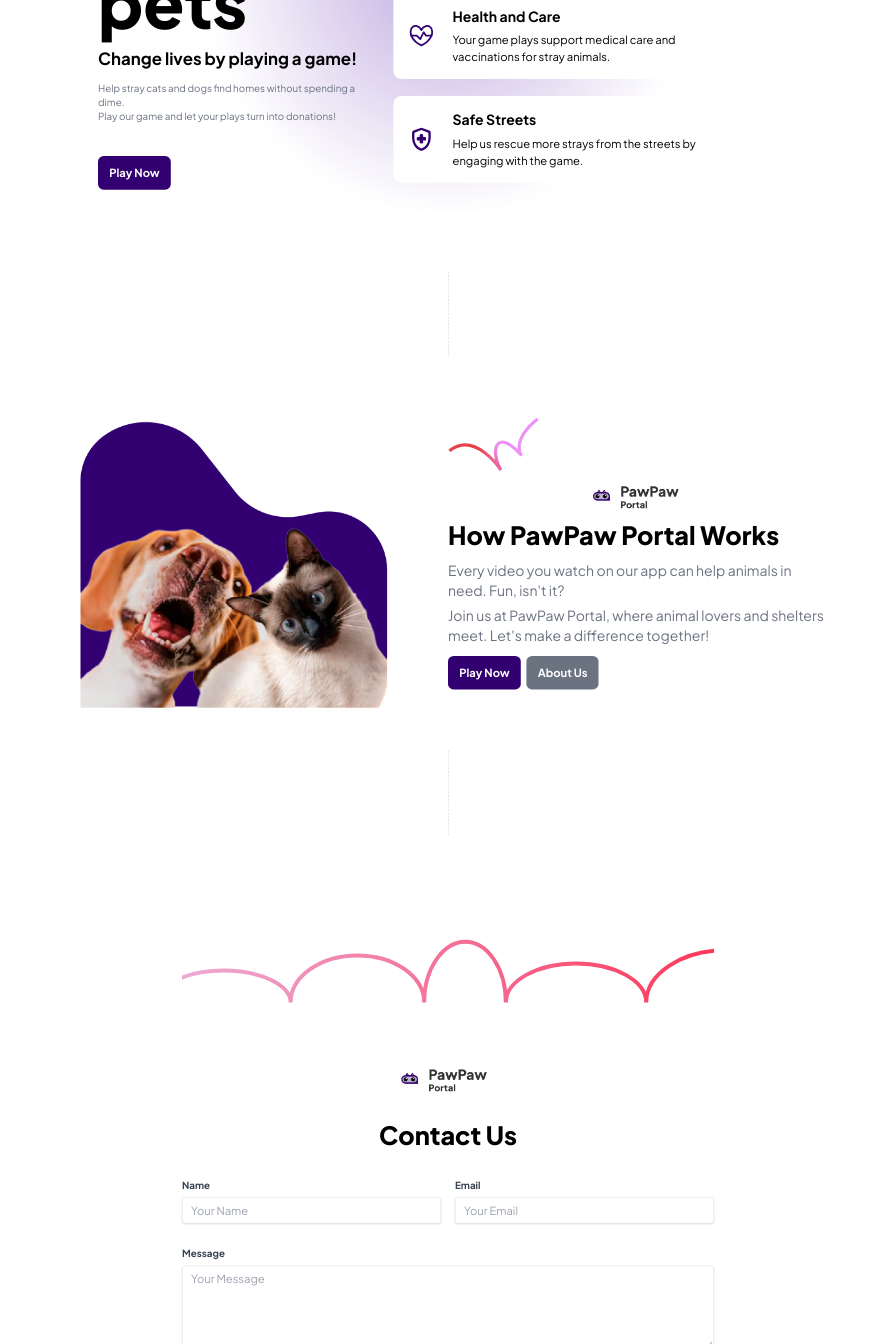
Repository: paskasiregar/pawpawwebsite
Page: /
The author's editor kept a copy of each file at every save. The page is drawn from the files as they stood at one save, then again after the next save.
The browser window is 1280 px wide. The pictures show the part of the page from y = 550 to 2470 px (the page is 3234 px tall), at 70% of full size.
The project was rebuilt for these pictures with package versions that can differ from the ones it lists, and the page was loaded fresh each time. The framework's server and built-in components were replaced by stand-ins that run in the browser. Also part of the build but not shown: next.config.js, next.config.mjs.

Above is the page before, as saved 2024-07-31 14:15:35.

### src/app/layout.js
import { Inter } from "next/font/google";
import "./globals.css";

const inter = Inter({ subsets: ["latin"] });

export const metadata = {
  title: "PawPaw Portal | Your One-Stop Shelter",
  description: "Your One-Stop Shelter",
};

export default function RootLayout({ children }) {
  return (
    <html lang="en">
      <body className={inter.className}>{children}</body>
    </html>
  );
}

### src/app/globals.css
@import url("https://fonts.googleapis.com/css2?family=Plus+Jakarta+Sans:wght@400;600;700;800&display=swap");

@tailwind base;
@tailwind components;
@tailwind utilities;

body {
  font-family: "Plus Jakarta Sans", sans-serif;
}

.hero-bg {
  display: flex;
  background: radial-gradient(
    circle,
    rgb(204, 188, 230) 10%,
    rgb(255, 255, 255) 50%
  );
}

.cta-container {
  display: flex;
  justify-content: center;
  align-items: center;
  position: relative;
  background: radial-gradient(circle, rgb(14, 4, 4) 0%, rgb(14, 1, 51) 100%);
  padding: 20px;
  gap: 20px;
  min-height: 200px;
}

.cta-button {
  display: inline-block;
  padding: 20px 40px;
  font-size: 24px;
  font-weight: bold;
  color: white;
  background: black;
  border-radius: 40px;
  position: relative;
  z-index: 1;
  overflow: hidden;
  transition: all 0.3s ease;
  text-align: center;
}

.cta-button::before {
  content: "";
  position: absolute;
  top: -2px;
  left: -2px;
  right: -2px;
  bottom: -2px;
  background: linear-gradient(
    90deg,
    rgb(255, 244, 97) 0%,
    rgb(187, 61, 255) 50%,
    rgb(142, 23, 23) 100%
  );
  z-index: -1;
  border-radius: inherit;
}

.cta-button::after {
  content: "";
  position: absolute;
  top: 2px;
  left: 2px;
  right: 2px;
  bottom: 2px;
  background: black;
  z-index: -1;
  border-radius: inherit;
}

.cta-button:hover {
  color: rgb(237, 246, 133);
  background: white;
}

.footer-bg {
  background: radial-gradient(circle, rgb(14, 4, 4) 0%, rgb(14, 1, 51) 100%);
  color: white;
  text-align: center;
  padding: 20px;
}

.centeredcontainer {
  width: 100vw;
  height: auto;
}

.main-container {
  width: 100%;
  max-width: 1200px;
  margin: 0 auto;
  padding: 0 20px;
}
.header-content {
  display: flex;
  flex-direction: row;
  align-items: center;
  justify-content: space-between;
}

.header-logo-button {
  display: flex;
  flex-direction: row;
  align-items: center;
  gap: 16px; /* Adjust spacing as needed */
}

html {
  scroll-behavior: smooth;
}

### src/components/contact.jsx
import React from "react";
import PrimaryButton from "@/components/primaryButton";
import NameInput from "./nameInput";
import EmailInput from "./emailInput";
import MessageInput from "./mesageInput";
import Image from "next/image";
import logoHeaderImage from "../assets/banner-10.png";

export const Contact = () => {
  return (
    <div className="font-plus-jakarta flex flex-col items-center justify-center py-16 px-4 md:px-[200px] gap-[40px] text-29xl">
      <div className="flex justify-start items-start">
        <svg
          width="w-auto"
          height="188"
          viewBox="0 0 1620 188"
          fill="none"
          xmlns="http://www.w3.org/2000/svg"
        >
          <path
            d="M1891 188C1891 100.375 1784.67 29.342 1653.5 29.342C1522.34 29.342 1413.53 100.375 1413.53 188C1413.53 122.37 1317.84 69.158 1199.78 69.158C1081.72 69.158 986.029 122.362 986.029 188C986.029 85.8274 930.825 3 862.735 3C794.645 3 737.369 85.8274 737.369 188C737.369 108.853 646.33 44.6865 534.029 44.6865C421.728 44.6865 330.689 108.853 330.689 188C330.689 134.381 239.649 90.9105 127.349 90.9105C15.0481 90.9105 -76 134.381 -76 188"
            stroke="url(#paint0_linear_545_35799)"
            stroke-width="12"
            stroke-miterlimit="10"
            stroke-linejoin="bevel"
          />
          <defs>
            <linearGradient
              id="paint0_linear_545_35799"
              x1="-84.5283"
              y1="91.1699"
              x2="1899.52"
              y2="91.1699"
              gradientUnits="userSpaceOnUse"
            >
              <stop offset="0.0224" stop-color="#EBADD7" />
              <stop offset="1" stop-color="#FF2445" />
            </linearGradient>
          </defs>
        </svg>
      </div>
      <Image
        className="w-36 h-10 object-cover"
        alt="Logo"
        src={logoHeaderImage}
        width={120}
        height={20}
      />
      <div className="flex justify-center text-4xl font-extrabold space-y-4">
        Contact Us
      </div>
      <div className="w-full flex flex-col items-start gap-[16px] text-base text-light-l800 font-regular-reg-2">
        <div className="w-full flex flex-col md:flex-row gap-[20px]">
          <div className="w-full md:w-1/2">
            <NameInput className="w-full" />
          </div>
          <div className="w-full md:w-1/2">
            <EmailInput className="w-full" />
          </div>
        </div>
        <div className="w-full">
          <MessageInput className="w-full" />
        </div>
      </div>
      <PrimaryButton>Send Now</PrimaryButton>
    </div>
  );
};

export default Contact;

### src/components/divider.jsx
export const Divider = () => {
  return (
    <div className="self-stretch h-[195px] flex flex-row items-center justify-center py-16 px-[130px] box-border">
      <div className="w-px relative box-border h-[121px] border-r-[1px] border-dashed border-gray-300" />
    </div>
  );
};

### src/components/footer.jsx
import Link from "next/link";
import React from "react";
import Image from "next/image";
import logoFooterImage from "../assets/inverse.png";

export const Footer = () => {
  return (
    <div className="font-plus-jakarta w-full flex bg-black">
      <div className="font-plus-jakarta w-full flex flex-col items-center bg-black py-8 px-4">
        <div className="max-w-6xl w-full mx-auto space-y-6">
          {/* Footer Header */}
          <div className="flex flex-col md:flex-row items-center md:items-start md:justify-between mb-6">
            <div className="space-y-4">
              <Image
                className="w-20 h-10 object-cover"
                alt="Logo"
                src={logoFooterImage}
                width={80}
                height={80}
              />
              <div className="space-y-4">
                <div className="text-white text-3xl font-extrabold">
                  PawPaw Portal
                </div>
                <p className="text-med text-gray-400">
                  PawPaw Portal Indonesia is a national animal welfare charity
                  with a vision for a future where every pet is safe, respected,
                  and loved.
                </p>
              </div>
            </div>

            {/* Vision and Mission */}
            <div className="flex flex-col md:flex-row mt-4 md:mt-0 space-y-4 md:space-y-0 md:space-x-8">
              <div className="space-y-2">
                <div className="font-semibold text-xl text-white">
                  Our Vision
                </div>
                <div className="text-xs text-gray-500">
                  Becoming the leading platform in Indonesia for animal welfare
                  transformation, by providing a bridge that connects animal
                  shelters and the community, and ensuring that every animal
                  gets a second chance in life.
                </div>
              </div>
              <div className="space-y-2">
                <div className="font-semibold text-xl text-white">
                  Our Mission
                </div>
                <div className="text-xs text-gray-500">
                  <ol className="list-inside list-disc">
                    <li>
                      Building a wide network between animal shelters and
                      prospective adopters, facilitating the adoption process
                      and handling of stray animals.
                    </li>
                    <li>
                      Providing ongoing support to shelters through donations
                      and resources, ensuring they have what they need to care
                      for animals properly.
                    </li>
                    <li>
                      Spreading awareness about the importance of animal welfare
                      and adoption, and inspiring communities to take an active
                      role in saving animals.
                    </li>
                  </ol>
                </div>
              </div>
            </div>
          </div>
          {/* social media */}
          <div className="text-xl font-semibold mb-4 text-white">
            Stay in touch
          </div>
          <div className="flex space-x-4">
            <Link href="https://www.instagram.com/pawpawportal">
              <svg
                xmlns="http://www.w3.org/2000/svg"
                width="1em"
                height="1em"
                viewBox="0 0 24 24"
              >
                <path
                  fill="white"
                  d="M17.34 5.46a1.2 1.2 0 1 0 1.2 1.2a1.2 1.2 0 0 0-1.2-1.2m4.6 2.42a7.59 7.59 0 0 0-.46-2.43a4.94 4.94 0 0 0-1.16-1.77a4.7 4.7 0 0 0-1.77-1.15a7.3 7.3 0 0 0-2.43-.47C15.06 2 14.72 2 12 2s-3.06 0-4.12.06a7.3 7.3 0 0 0-2.43.47a4.78 4.78 0 0 0-1.77 1.15a4.7 4.7 0 0 0-1.15 1.77a7.3 7.3 0 0 0-.47 2.43C2 8.94 2 9.28 2 12s0 3.06.06 4.12a7.3 7.3 0 0 0 .47 2.43a4.7 4.7 0 0 0 1.15 1.77a4.78 4.78 0 0 0 1.77 1.15a7.3 7.3 0 0 0 2.43.47C8.94 22 9.28 22 12 22s3.06 0 4.12-.06a7.3 7.3 0 0 0 2.43-.47a4.7 4.7 0 0 0 1.77-1.15a4.85 4.85 0 0 0 1.16-1.77a7.59 7.59 0 0 0 .46-2.43c0-1.06.06-1.4.06-4.12s0-3.06-.06-4.12M20.14 16a5.61 5.61 0 0 1-.34 1.86a3.06 3.06 0 0 1-.75 1.15a3.19 3.19 0 0 1-1.15.75a5.61 5.61 0 0 1-1.86.34c-1 .05-1.37.06-4 .06s-3 0-4-.06a5.73 5.73 0 0 1-1.94-.3a3.27 3.27 0 0 1-1.1-.75a3 3 0 0 1-.74-1.15a5.54 5.54 0 0 1-.4-1.9c0-1-.06-1.37-.06-4s0-3 .06-4a5.54 5.54 0 0 1 .35-1.9A3 3 0 0 1 5 5a3.14 3.14 0 0 1 1.1-.8A5.73 5.73 0 0 1 8 3.86c1 0 1.37-.06 4-.06s3 0 4 .06a5.61 5.61 0 0 1 1.86.34a3.06 3.06 0 0 1 1.19.8a3.06 3.06 0 0 1 .75 1.1a5.61 5.61 0 0 1 .34 1.9c.05 1 .06 1.37.06 4s-.01 3-.06 4M12 6.87A5.13 5.13 0 1 0 17.14 12A5.12 5.12 0 0 0 12 6.87m0 8.46A3.33 3.33 0 1 1 15.33 12A3.33 3.33 0 0 1 12 15.33"
                />
              </svg>
            </Link>
            <Link href="https://twitter.com/pawpawportal">
              <svg
                xmlns="http://www.w3.org/2000/svg"
                width="1em"
                height="1em"
                viewBox="0 0 24 24"
              >
                <g fill="white">
                  <path d="M1 2h2.5L3.5 2h-2.5z">
                    <animate
                      fill="freeze"
                      attributeName="d"
                      dur="0.4s"
                      values="M1 2h2.5L3.5 2h-2.5z;M1 2h2.5L18.5 22h-2.5z"
                    />
                  </path>
                  <path d="M5.5 2h2.5L7.2 2h-2.5z">
                    <animate
                      fill="freeze"
                      attributeName="d"
                      dur="0.4s"
                      values="M5.5 2h2.5L7.2 2h-2.5z;M5.5 2h2.5L23 22h-2.5z"
                    />
                  </path>
                  <path d="M3 2h5v0h-5z" opacity="0">
                    <set attributeName="opacity" begin="0.4s" to="1" />
                    <animate
                      fill="freeze"
                      attributeName="d"
                      begin="0.4s"
                      dur="0.4s"
                      values="M3 2h5v0h-5z;M3 2h5v2h-5z"
                    />
                  </path>
                  <path d="M16 22h5v0h-5z" opacity="0">
                    <set attributeName="opacity" begin="0.4s" to="1" />
                    <animate
                      fill="freeze"
                      attributeName="d"
                      begin="0.4s"
                      dur="0.4s"
                      values="M16 22h5v0h-5z;M16 22h5v-2h-5z"
                    />
                  </path>
                  <path d="M18.5 2h3.5L22 2h-3.5z" opacity="0">
                    <set attributeName="opacity" begin="0.5s" to="1" />
                    <animate
                      fill="freeze"
                      attributeName="d"
                      begin="0.5s"
                      dur="0.4s"
                      values="M18.5 2h3.5L22 2h-3.5z;M18.5 2h3.5L5 22h-3.5z"
                    />
                  </path>
                </g>
              </svg>
            </Link>
            <Link href="https://www.linkedin.com/company/pawpawportal">
              <svg
                xmlns="http://www.w3.org/2000/svg"
                width="1em"
                height="1em"
                viewBox="0 0 24 24"
              >
                <path
                  fill="white"
                  d="M20.47 2H3.53a1.45 1.45 0 0 0-1.47 1.43v17.14A1.45 1.45 0 0 0 3.53 22h16.94a1.45 1.45 0 0 0 1.47-1.43V3.43A1.45 1.45 0 0 0 20.47 2M8.09 18.74h-3v-9h3ZM6.59 8.48a1.56 1.56 0 1 1 0-3.12a1.57 1.57 0 1 1 0 3.12m12.32 10.26h-3v-4.83c0-1.21-.43-2-1.52-2A1.65 1.65 0 0 0 12.85 13a2 2 0 0 0-.1.73v5h-3v-9h3V11a3 3 0 0 1 2.71-1.5c2 0 3.45 1.29 3.45 4.06Z"
                />
              </svg>
            </Link>
          </div>
        </div>
      </div>
    </div>
  );
};

export default Footer;

### src/components/header.jsx
import Link from "next/link";
import PrimaryButton from "@/components/primaryButton";
import React from "react";
import Image from "next/image";
import logoHeaderImage from "../assets/banner-10.png";

export const Header = () => {
  return (
    <div className="font-plus-jakarta w-full flex flex-col items-center justify-center text-left text-gray-500">
      <div className="self-stretch bg-white flex flex-col items-center justify-center text-sm">
        <div className="w-full header-content p-2.5 box-border">
          <Link href="/">
            <Image
              className="w-36 h-10 object-cover"
              alt="Logo"
              src={logoHeaderImage}
              width={120}
              height={20}
            />
          </Link>
          <div className="hidden md:flex flex-row items-center justify-center gap-8">
            <div>
              <Link href="#how-it-works">How It Works</Link>
            </div>
            <div>
              <Link href="#about-us">About Us</Link>
            </div>
          </div>
          <div className="header-logo-button">
            <PrimaryButton>Be Our Hero Today!</PrimaryButton>
          </div>
        </div>
      </div>
    </div>
  );
};

export default Header;

### src/components/CTA.jsx
import React from "react";
import Link from "next/link";

const CTA = () => {
  return (
    <div className="cta-container font-plus-jakarta p-4 md:p-8 flex flex-col md:flex-row items-center justify-center">
      <svg
        className="cta-decoration mb-4 md:mb-0 md:mr-4"
        width="48"
        height="46"
        viewBox="0 0 48 46"
        fill="none"
        xmlns="http://www.w3.org/2000/svg"
      >
        <path
          d="M2 46C2 27.296 29.551 30.0086 36.5736 34.5625C36.5736 34.5625 14.4611 2 47.5714 2"
          stroke="url(#cta_gradient)"
          strokeWidth="3.92857"
          strokeMiterlimit="10"
          strokeLinejoin="bevel"
        />
        <defs>
          <linearGradient
            id="cta_gradient"
            x1="37.3571"
            y1="2"
            x2="7.5"
            y2="46"
            gradientUnits="userSpaceOnUse"
          >
            <stop stopColor="#FF2445" />
            <stop offset="1" stopColor="#F5AB0E" />
          </linearGradient>
        </defs>
      </svg>
      <Link href="/game">
        <div className="cta-button text-center bg-gradient-to-r from-orange-500 to-pink-500 text-white font-bold py-2 px-4 rounded-lg shadow-lg cursor-pointer">
          Play Our Game Now
        </div>
      </Link>
    </div>
  );
};

export default CTA;

### src/components/primaryButton.jsx
import React from "react";

const PrimaryButton = ({ children, onClick }) => {
  return (
    <button
      className="self-stretch  bg-inherit-320071 hover:bg-blue-700 text-white font-bold px-4 py-3 rounded-lg"
      onClick={onClick}
    >
      {children}
    </button>
  );
};

export default PrimaryButton;

### src/components/secButton.jsx
import React from "react";

const SecButton = ({ children, onClick }) => {
  return (
    <button
      className="bg-gray-500 hover:bg-gray-700 text-white font-bold py-2 px-4 rounded-lg"
      onClick={onClick}
    >
      {children}
    </button>
  );
};

export default SecButton;

### src/components/nameInput.jsx
import React from "react";

const NameInput = ({ value, onChange }) => {
  return (
    <div className="mb-4">
      <label
        className="block text-gray-700 text-sm font-bold mb-2"
        htmlFor="name"
      >
        Name
      </label>
      <input
        id="name"
        type="text"
        value={value}
        onChange={onChange}
        className="shadow appearance-none border rounded w-full py-2 px-3 text-gray-700 leading-tight focus:outline-none focus:shadow-outline"
        placeholder="Your Name"
      />
    </div>
  );
};

export default NameInput;

### src/components/emailInput.jsx
import React from "react";

const EmailInput = ({ value, onChange }) => {
  return (
    <div className="mb-4">
      <label
        className="block text-gray-700 text-sm font-bold mb-2"
        htmlFor="email"
      >
        Email
      </label>
      <input
        id="email"
        type="email"
        value={value}
        onChange={onChange}
        className="shadow appearance-none border rounded w-full py-2 px-3 text-gray-700 leading-tight focus:outline-none focus:shadow-outline"
        placeholder="Your Email"
      />
    </div>
  );
};

export default EmailInput;

### src/components/mesageInput.jsx
import React from "react";

const MessageInput = ({ value, onChange }) => {
  return (
    <div className="mb-4">
      <label
        className="block text-gray-700 text-sm font-bold mb-2"
        htmlFor="message"
      >
        Message
      </label>
      <textarea
        id="message"
        value={value}
        onChange={onChange}
        className="shadow appearance-none border rounded w-full py-2 px-3 text-gray-700 leading-tight focus:outline-none focus:shadow-outline"
        placeholder="Your Message"
        rows="5"
      />
    </div>
  );
};

export default MessageInput;

Loaded but not shown: src/app/page.js (128 lines, source omitted); tailwind.config.js (24 lines, source omitted); src/components/hero.jsx (211 lines, source omitted)

After the next save:
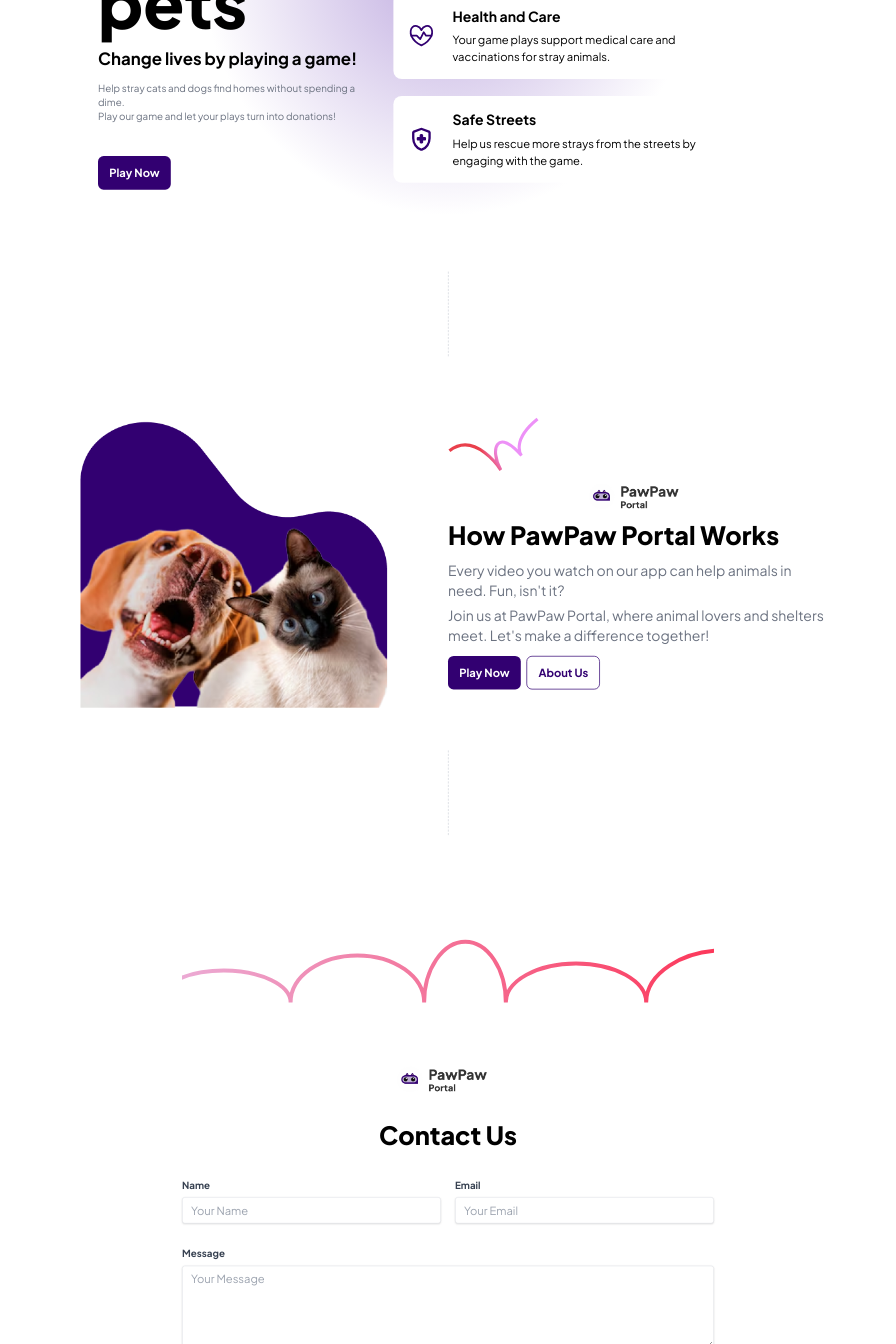
Saved 8 min 24 s later.
--- a/src/components/secButton.jsx
+++ b/src/components/secButton.jsx
@@ -3,7 +3,7 @@ import React from "react";
 const SecButton = ({ children, onClick }) => {
   return (
     <button
-      className="bg-gray-500 hover:bg-gray-700 text-white font-bold py-2 px-4 rounded-lg"
+      className="bg-white border border-inherit-320071 text-inherit-320071 font-bold py-2 px-4 rounded-lg"
       onClick={onClick}
     >
       {children}
